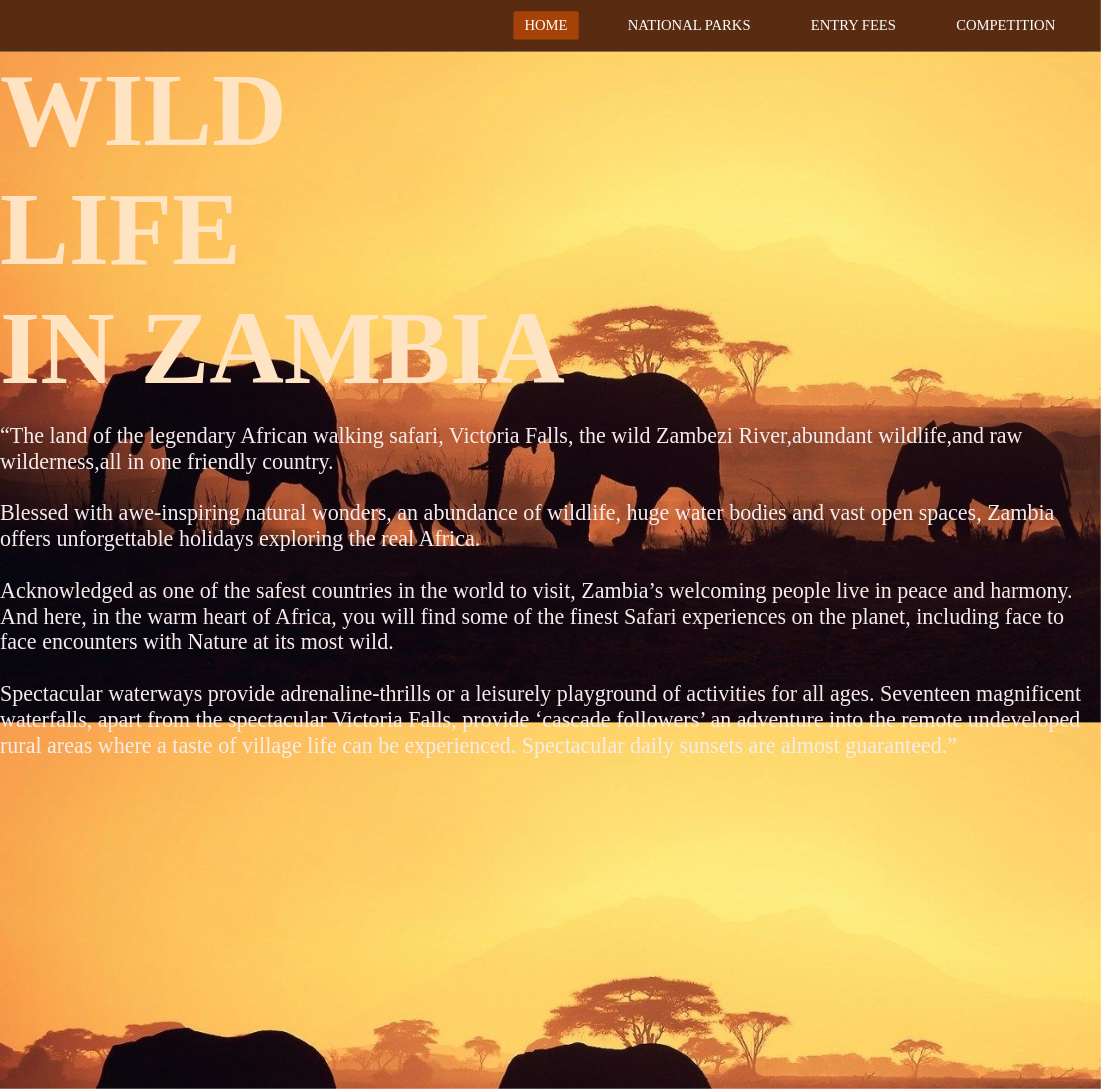
Repository: Lungdjos/web_assignment_3rd_yr
Page: home/index.html
An editor plug-in stored every save of this project. The page is shown before and after the next save, followed by the edit.
The browser window is 1280 px wide. The pictures show the whole page, at 86% of full size.
Some web libraries are served in a nearby version.

Above is the page before, as saved 2021-06-18 15:23:16.

After the next save:
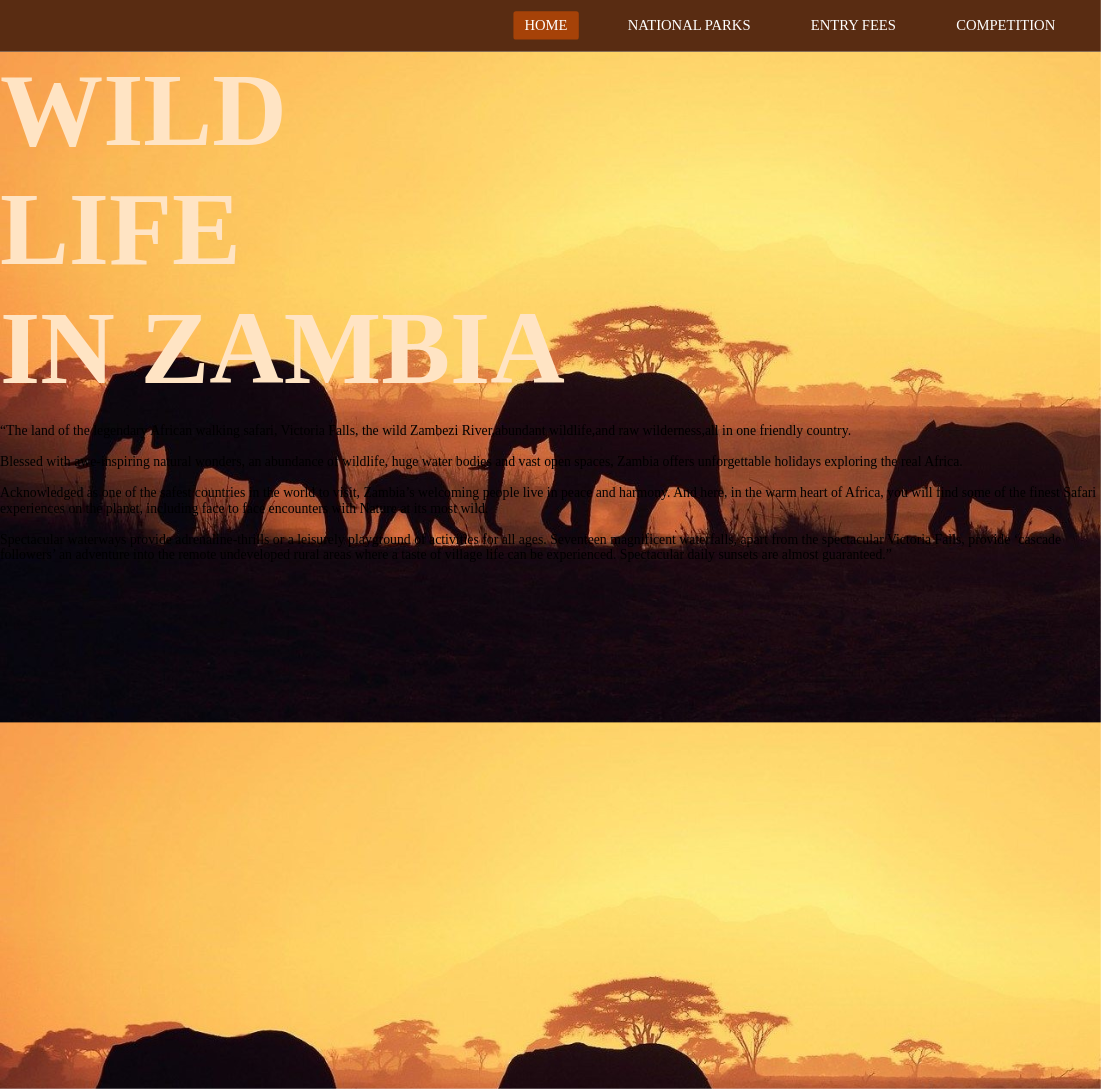
Saved 10 s later.
--- a/home/index.css
+++ b/home/index.css
@@ -162,7 +162,7 @@
         margin-left: 100px;
     }
 
-    .para2 {
+    strong .para2 {
         font-variant-position: initial;
         font-size: 1.6em;
         color: rgb(247, 236, 236);

After the 3 saves that followed:
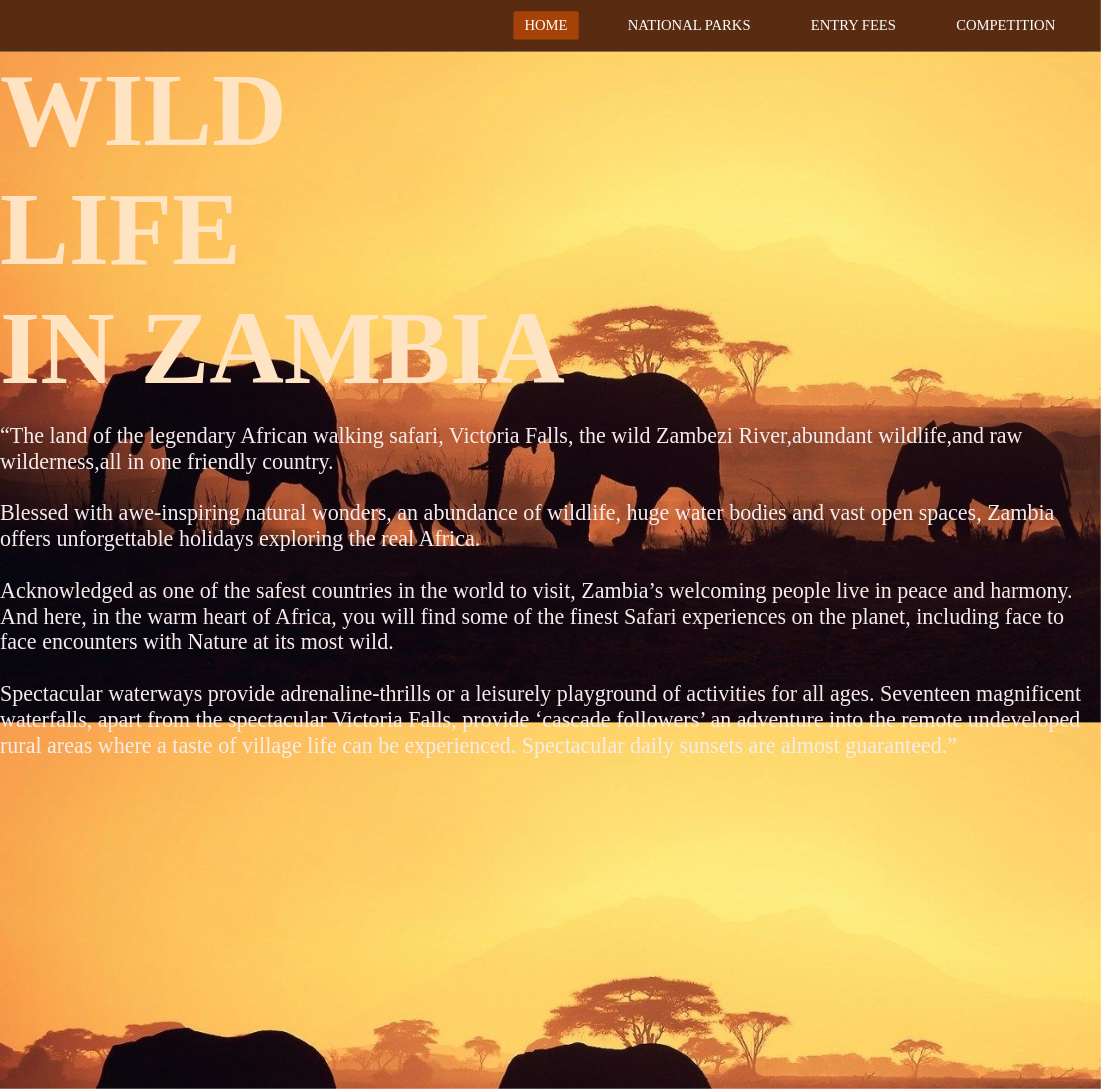
The 3 saves are shown as one change because they came seconds apart.
The last was saved 7 s later.
--- a/home/index.css
+++ b/home/index.css
@@ -162,7 +162,9 @@
         margin-left: 100px;
     }
 
-    strong .para2 {
+    strong#03 {}
+
+    .para2 {
         font-variant-position: initial;
         font-size: 1.6em;
         color: rgb(247, 236, 236);
